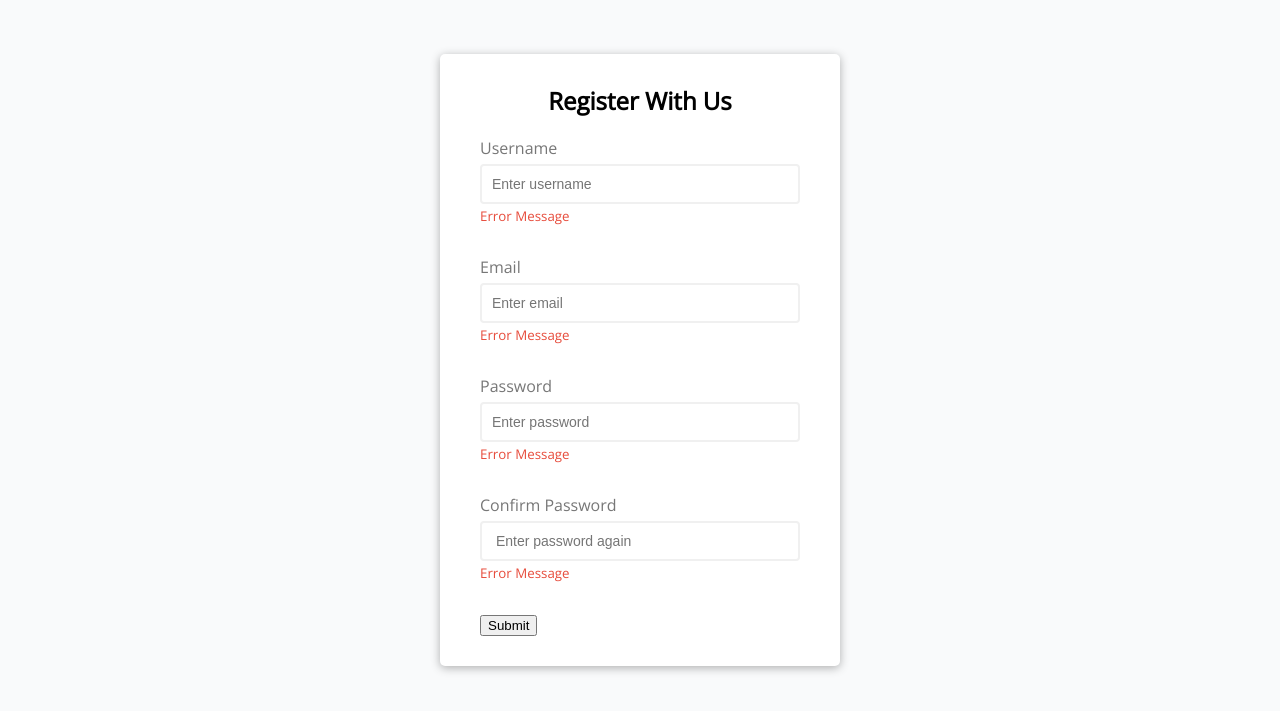
Repository: Youvelop/formValidator
Page: index.html
These files come from the project's save history. The page is drawn as it stood at one moment and after the next save; the edit follows.
The browser window is 1280 px wide. The pictures show the whole page.

Above is the page before, as saved 2020-06-25 18:57:45.

### index.html
<!DOCTYPE html>
<html lang="en">
  <head>
    <meta charset="UTF-8" />
    <meta name="viewport" content="width=device-width, initial-scale=1.0" />
    <link rel="stylesheet" href="style.css" />
    <title>Form Validator</title>
  </head>
  <body>
    <div class="container">
      <form id="form" class="form">
        <h2>Register With Us</h2>
        <div class="form-control">
          <label for="username">Username</label>
          <input type="text" id="username" placeholder="Enter username" />
          <small>Error Message</small>
        </div>
        <div class="form-control">
          <label for="email">Email</label>
          <input type="text" id="email" placeholder="Enter email" />
          <small>Error Message</small>
        </div>
        <div class="form-control">
          <label for="password">Password</label>
          <input type="password" id="password" placeholder="Enter password" />
          <small>Error Message</small>
        </div>
        <div class="form-control">
          <label for="password2">Confirm Password</label>
          <input
            type="text"
            id="password2"
            placeholder=" Enter password again"
          />
          <small>Error Message</small>
        </div>
        <button type="submit">Submit</button>
      </form>
    </div>
    <script src="app.js"></script>
  </body>
</html>

### style.css
@import url('https://fonts.googleapis.com/css?family=Open+Sans&display=swap');

:root {
  --success-color: #2ecc71;
  --error-color: #e74c3c;
}

* {
  box-sizing: border-box;
}

body {
  background-color: #f9fafb;
  font-family: 'Open Sans', sans-serif;
  display: flex;
  align-items: center;
  justify-content: center;
  min-height: 100vh;
  margin: 0;
}

.container {
  background-color: #fff;
  border-radius: 5px;
  box-shadow: 0 2px 10px rgba(0, 0, 0, 0.3);
  width: 400px;
}

h2 {
  text-align: center;
  margin: 0 0 20px;
}

.form {
  padding: 30px 40px;
}

.form-control {
  margin-bottom: 10px;
  padding-bottom: 20px;
  position: relative;
}

.form-control label {
  color: #777;
  display: block;
  margin-bottom: 5px;
}

.form-control input {
  border: 2px solid #f0f0f0;
  border-radius: 4px;
  display: block;
  width: 100%;
  padding: 10px;
  font-size: 14px;
}

.form-control input:focus {
  outline: 0;
  border-color: #777;
}

.form-control.success input {
  border-color: var(--success-color);
}

.form-control.error input {
  border-color: var(--error-color);
}

.form-control small {
  color: var(--error-color);
}

button {
}

Loaded but not shown: app.js (no copy from this time; the picture is the same without it)

After the next save:
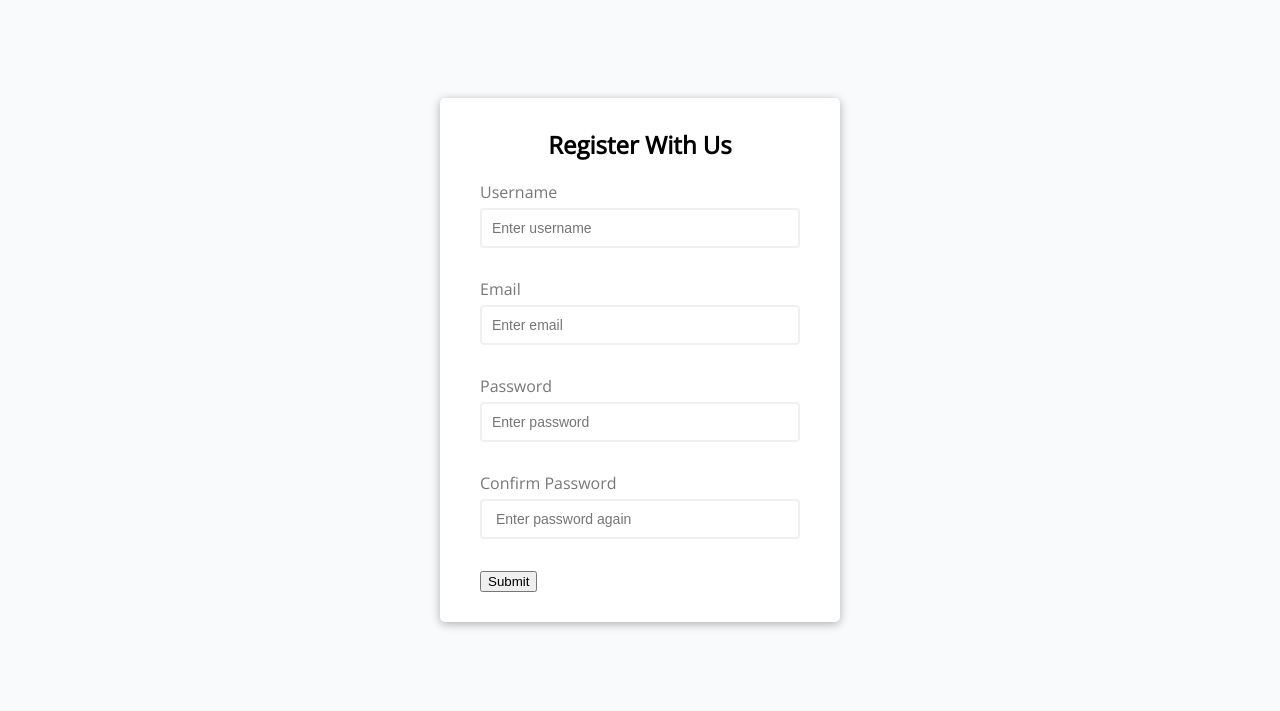
Saved 59 s later.
--- a/style.css
+++ b/style.css
@@ -71,6 +71,10 @@ h2 {
 
 .form-control small {
   color: var(--error-color);
+  position: absolute;
+  bottom: 0;
+  left: 0;
+  visibility: hidden;
 }
 
 button {
